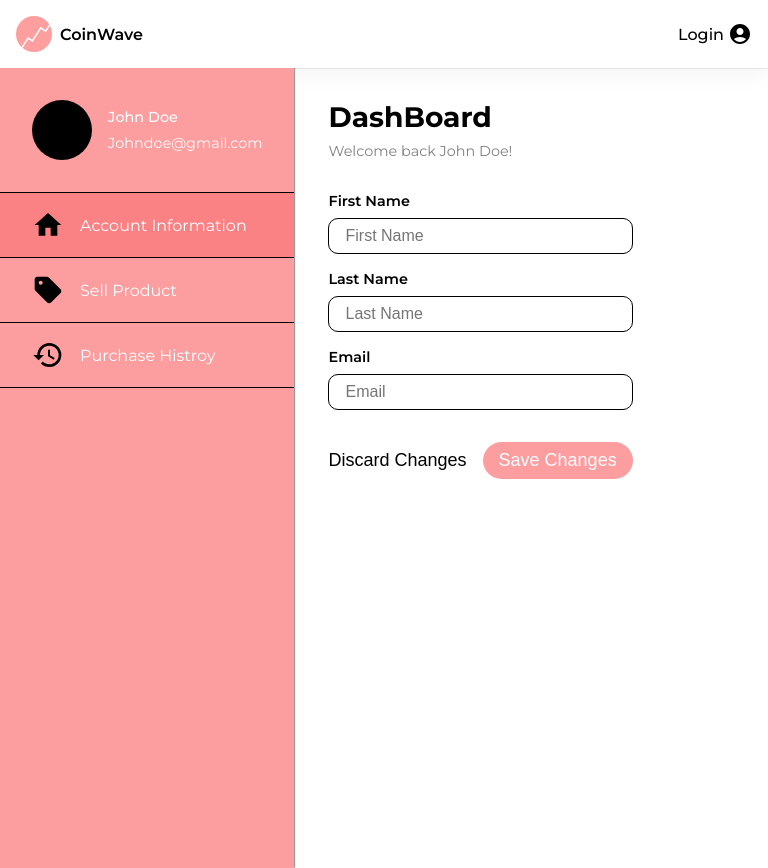
Repository: David-Waite/CoinWave
Page: /account
An editor plug-in stored every save of this project. The page is shown before and after the next save, followed by the edit.
The browser window is 768 px wide. The pictures show the whole page.
The project was rebuilt for these pictures with package versions that can differ from the ones it lists, and the page was loaded fresh each time. The framework's server and built-in components were replaced by stand-ins that run in the browser. Also part of the build but not shown: next.config.js, app/components/account/SellProduct/SellProduct.js, app/components/account/PurchaseHistory/PurchaseHistory.js.

Above is the page before, as saved 2023-08-16 11:32:00.

After the next save:
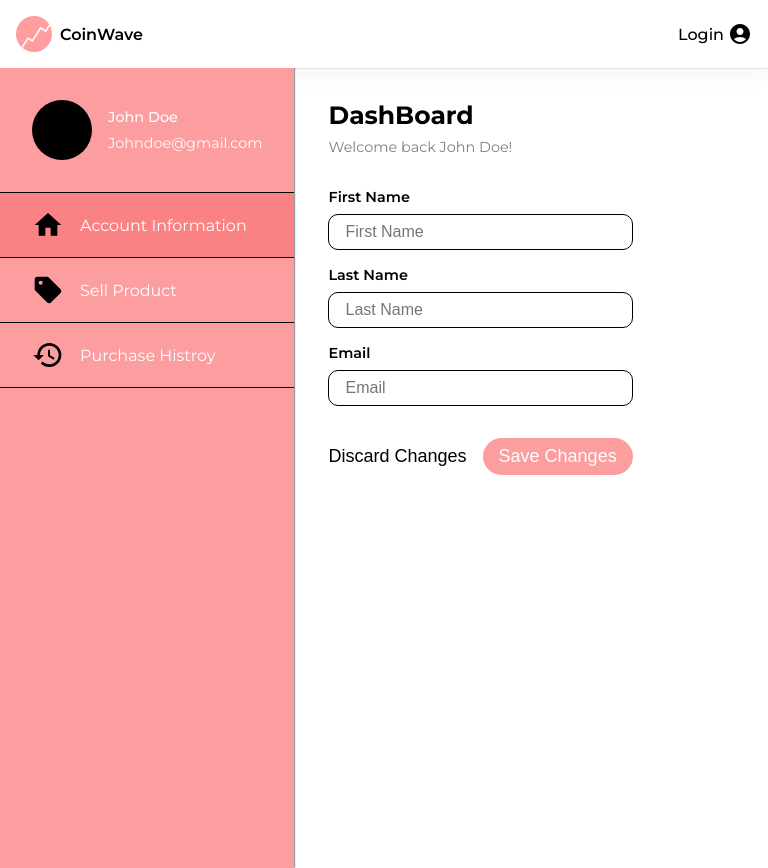
Saved 23 s later.
--- a/app/components/account/AccountInfomation/accountInformation.module.css
+++ b/app/components/account/AccountInfomation/accountInformation.module.css
@@ -85,4 +85,8 @@
   .firstName {
     font-size: 16px;
   }
+
+  .title {
+    font-size: 25px;
+  }
 }
